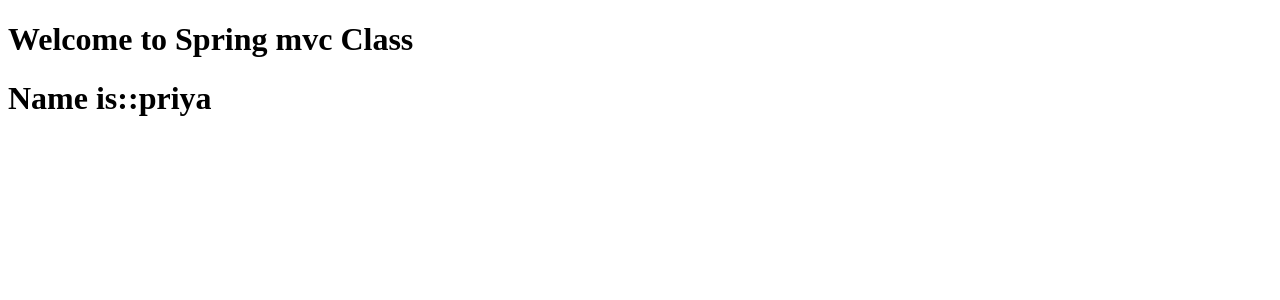
Repository: priyaadya/spring-practice-codes
Page: http://localhost/SpringmvcProject/home
These files come from the project's save history. The page is drawn as it stood at one moment and after the next save; the edit follows.
The browser window is 1280 px wide. The pictures show the whole page.
The page is served by Tomcat 9.

Above is the page before, as saved 2023-05-31 16:48:40.

After the next save:
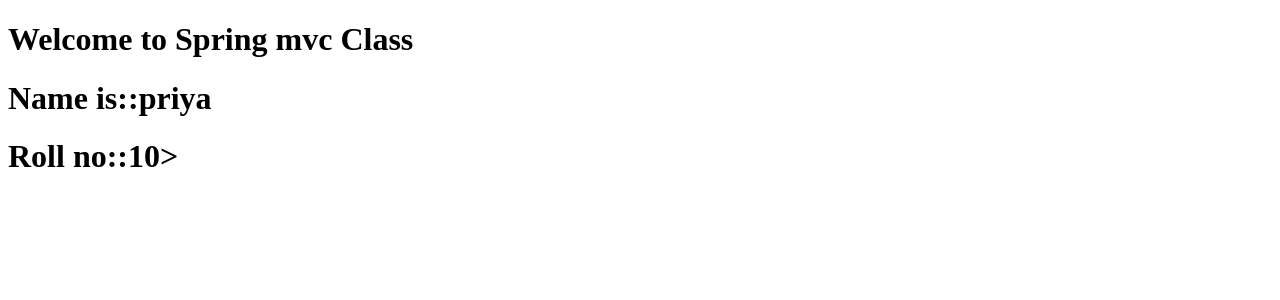
Saved 58 s later.
--- a/SpringmvcProject/src/main/webapp/WEB-INF/views/index4.jsp
+++ b/SpringmvcProject/src/main/webapp/WEB-INF/views/index4.jsp
@@ -15,6 +15,7 @@ int rollNo=(Integer)request.getAttribute("id");
 %>
 
 <h1>Name is::<%=name %></h1>
+<h1>Roll no::<%=rollNo %>></h1>
 
 </body>
 </html>
